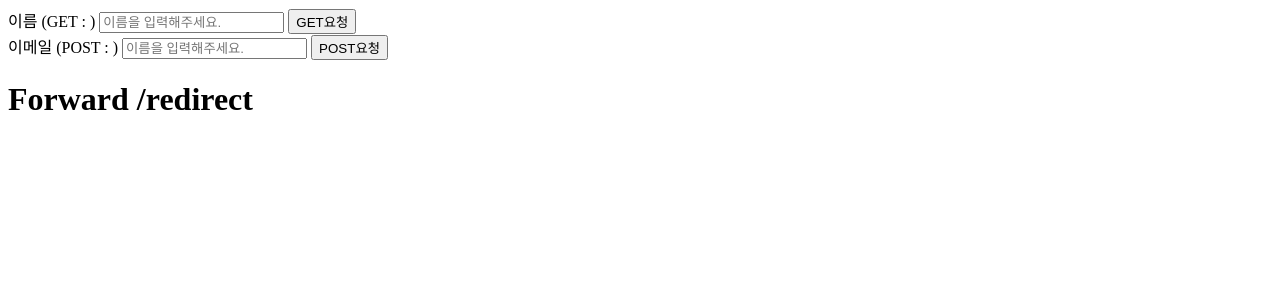
Repository: HwangEojin/homework
Page: http://localhost/day02/
The author's editor kept a copy of each file at every save. The page is drawn from the files as they stood at one save, then again after the next save.
The browser window is 1280 px wide. The pictures show the whole page.
The page is served by Tomcat 9.

Above is the page before, as saved 2025-01-13 06:25:22.

After the next save:
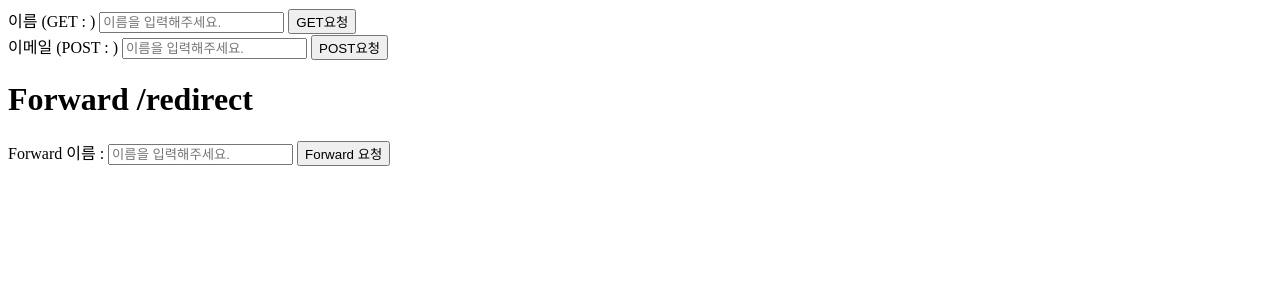
Saved 2 min 50 s later.
--- a/week09/day02/src/main/webapp/index.jsp
+++ b/week09/day02/src/main/webapp/index.jsp
@@ -8,18 +8,27 @@
 </head>
 <body>
 	<form action="handler" method="get">
-		<label for="name">이름 (GET : )</label>
-		<input type="text" id="name"name="userName" placeholder="이름을 입력해주세요.">
+		<label for="name">이름 (GET : )</label> <input type="text" id="name"
+			name="userName" placeholder="이름을 입력해주세요.">
 		<button type="submit">GET요청</button>
 	</form>
 
 	<form action="handler" method="post">
-		<label for="email">이메일 (POST : )</label>
-		<input type="email" id="email"name="userName" placeholder="이름을 입력해주세요.">
+		<label for="email">이메일 (POST : )</label> <input type="email"
+			id="email" name="userName" placeholder="이름을 입력해주세요.">
 		<button type="submit">POST요청</button>
 	</form>
 
 
 	<h1>Forward /redirect</h1>
+
+
+	<form action="handler" method="post">
+		<label for="forwardName">Forward 이름 : </label>
+		<input type="email"	id="forwardName" name="forwardName" placeholder="이름을 입력해주세요.">
+		<button type="submit">Forward 요청</button>
+	</form>
+
+
 </body>
 </html>
